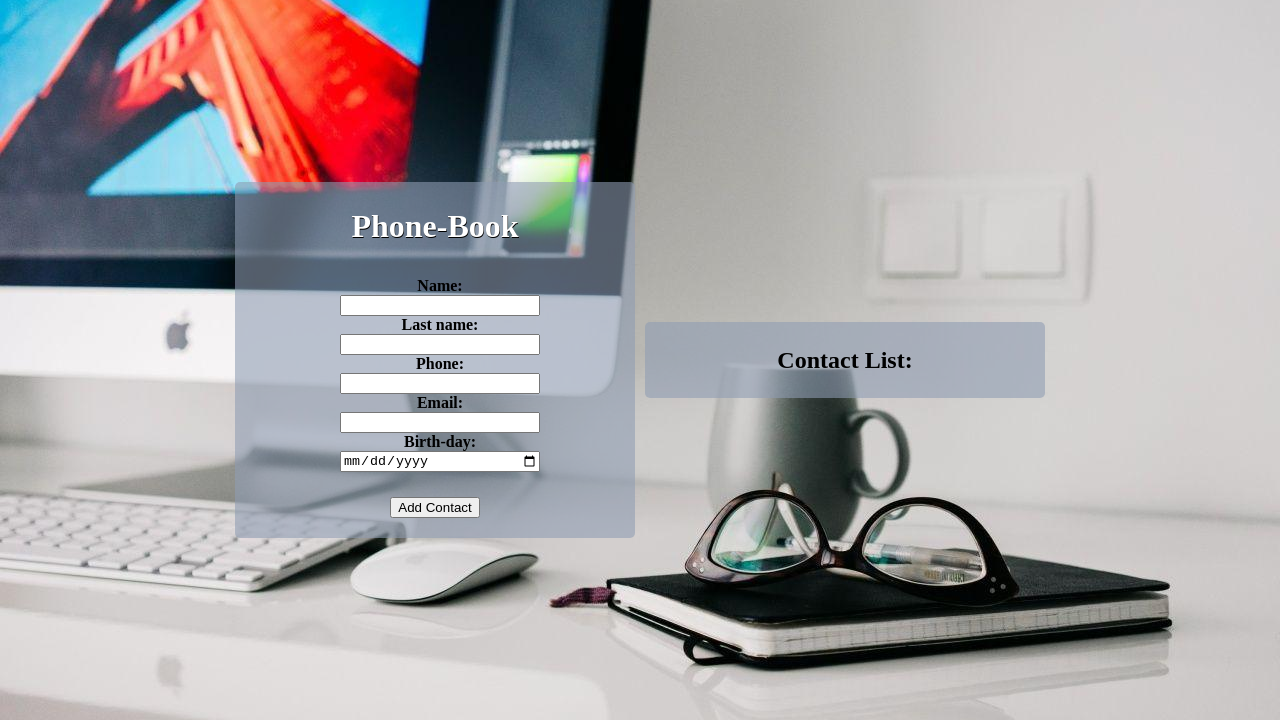
Repository: STA1357/Phone-book
Page: Inner.html
An editor plug-in stored every save of this project. The page is shown before and after the next save, followed by the edit.
The browser window is 1280 px wide. The pictures show the whole page.

Above is the page before, as saved 2020-12-10 11:56:38.

### Inner.html
<!DOCTYPE html>
<html lang="en">
<head>
    <meta charset="UTF-8">
    <meta name="viewport" content="width=device-width, initial-scale=1.0">
    <title>Phone Book</title>
    <link rel="stylesheet" href="./styles.css">
    <script src="./app.js"></script>
</head>
<body>
    <form action="#" method="POST">

        <header>
            <div class="header-title">
                <h1>Phone-Book</h1>
            </div>
        </header>

        <main>
            <div class="container">
                <label for="name">Name:</label>
                <input type="text" id="nameInput">
                <label for="lname">Last name:</label>
                <input type="text" id="lnameInput">
                <label for="tel">Phone:</label>
                <input type="text" id="telInput" class="tellinput">
                <label for="email">Email:</label>
                <input type="email" id="emailInput">
                <label for="birthname">Birth-day:</label>
                <input type="date" id="birthInput">
            </div>

        </main>

        <div class="btn">
        <button type="submit" id="btnAdd">Add Contact</button>
    </div>
    </form>
<div class="list-container">
    <h2 class="listTitle">Contact List:</h2>
    <ul id="users"></ul>
</div>
</body>
</html>

### styles.css
*{
    box-sizing: border-box;

}

body{
    display: flex;
    flex-direction: row;
    align-items: center;
    justify-content: center;
    min-height: 100vh;
    margin: 0;
    background: url("./wp3990421-office-wallpapers.jpg") no-repeat fixed center center;
    background-size: cover;
}

.header-title{
    color: white;
    text-shadow: 0.5px 0.5px black;
}

form{

    background-color: rgba(144, 156, 179, 0.589);
    width: 400px;
    max-width: 100%;
    margin-right: 10px;
    text-align: center;
    border-radius: 5px;

}

main{
    margin-left: 25%;
}

.container{
    text-align: center;
    display: block;
    width: 70%;
}

.list-container{
    background-color: rgba(144, 156, 179, 0.589);
    width: 400px;
    max-width: 100%;
    page-break-after: 30px 40px;
    border-radius: 5px;
}

.list-title{
    color: white;
    text-shadow: 0.5px 0.5px black;
}

h2{
    text-align: center;
}

label{
    font-weight: bold;
}

input{
    width: 100%;
}








.btn{
    padding: 20px 0;
}


.selected{
    background-color: skyblue;
    color: black;
    text-shadow: 0.5px 0.5px grey;
}

.deleteBtn::before{
    color: brown;
    content: "delete";
}

div{
    padding: 5px;
}

li{
    font-weight: bold;
    font-style: italic;
}

### app.js
window.onload = function() {
    const localKey = 'contactsCollection';
    const form = document.querySelector('form');
    const list = document.getElementById('users');
    const userName = document.getElementById('nameInput');
    const userLname = document.getElementById('lnameInput');
    const userTel = document.getElementById('telInput');
    const userEmail = document.getElementById('emailInput');
    const userBirth = document.getElementById('birthInput');

    let contactsList = getContacts();
    let activeContact = null;

    generateContactList();

    function getContacts() {
        const res = localStorage.getItem(localKey);
        return res ? JSON.parse(res) : [];
    }

    function setToStorage(data) {
        localStorage.setItem(localKey, data);
    }

    function updateContactList(newList) {
        const string = JSON.stringify(newList);
        contactsList = newList;
        setToStorage(string);
        generateContactList();
    }

    function recordContact(newContact) {
        updateContactList([...contactsList, newContact])
    }

    function updateContact(newData) {
        contactsList = contactsList.map(contact => contact.id === newData.id ? newData : contact);
        updateContactList(contactsList);
    }

    function deleteContact(removeId) {
        contactsList = contactsList.filter(({ id }) => id !== removeId);
        updateContactList(contactsList);
    }

    function setActiveContact(id) {
        const contact = document.getElementById(`contact-${id}`);
        contact.classList.toggle('active');
    }

    function generateContactList() {
        console.log(contactsList);
        const fragment = document.createDocumentFragment();
        contactsList.forEach((contact) => {
            const { id, name, lastName, phone, mail, birthDay } = contact;
            const container = document.createElement('div');
            container.onclick = () => setActiveContact(id);
            container.id = `contact-${id}`;
            const title = document.createElement('li');
            title.innerText = `${name} ${lastName}`;

            const infoList = document.createElement('b');
            infoList.innerText = phone + ' - ' + mail + ' - ' + birthDay;
            // phonesList.innerText = phones.join(' ');
            container.appendChild(title);
            container.appendChild(infoList);
            fragment.appendChild(container);

            const deleteBtn = document.createElement('button');
            deleteBtn.className = 'deleteBtn'
            fragment.appendChild(deleteBtn);
            deleteBtn.addEventListener('mousedown', function (e) {
                e.preventDefault();
            })

            deleteBtn.addEventListener('click', function (e) {
                console.log(e);
                deleteContact();
            })

            //const btn = document.createElement('button');
            //btn.onclick = () => !deleteContact(removeId);
            //btn.appendChild(container)


            container.addEventListener('mousedown', function (e) {
                e.preventDefault();
            })

            container.addEventListener('click', function (e) {
                console.log(e);


                if (e.target == this) {
                    return false;

                }
                if (!e.ctrlKey) {
                    clearSelected(this.children);
                }
                addSelected(e.target);
            })

            function clearSelected(elems) {
                for (let elem of elems) {
                    elem.classList.remove('selected');
                }
            }

            function addSelected(target) {
                target.classList.add('selected');
            }
        });


        list.innerHTML = '';
        list.appendChild(fragment);


    }

    function getId() {
        return '_' + Math.random().toString(36).substr(2, 9);
    };

    form.onsubmit = (event) => {
        event.preventDefault();
        const contact = {
            id: getId(),
            name: userName.value,
            lastName: userLname.value,
            phone: userTel.value,
            mail: userEmail.value,
            birthDay: userBirth.value
        }
        recordContact(contact);
        console.log(contact);
    }
}

// const form = document.querySelector('form')
// const list = document.getElementById('users')
// const userName = document.getElementById('nameInput')
// const userLname = document.getElementById('lnameInput')
// const userTel = document.getElementById('telInput')
// const userEmail = document.getElementById('emailInput')
// const userBirth = document.getElementById('birthInput')
// const entry = document.createElement('li')


// function addUser() {
//     const list = document.getElementById('users')
//     const userName = document.getElementById('nameInput')
//     const userLname = document.getElementById('lnameInput')
//     const userTel = document.getElementById('telInput')
//     const userEmail = document.getElementById('emailInput')
//     const userBirth = document.getElementById('birthInput')
//     const entry = document.createElement('li')
//     entry.appendChild(document.createTextNode(userName.value + ' ' + userLname.value + ' '
//     + userTel.value + ' ' + userEmail.value + ' ' + userBirth.value))
//     list.appendChild(entry)
//     return false

// }

// let bookContacts = [];

// const addContacts = (ev) => {
//     ev.preventDefault();
//     let contact = {
//         name: document.getElementById('nameInput').value,
//         lname: userLname.value,
//         tel: userTel.value,
//         email: userEmail.value,
//         birthday: userBirth.value
//     }
//     bookContacts.push(contact);
//     document.forms[0].reset();
// }
// document.addEventListener('DomContentLoad', () =>{
//     document.getElementById('btnAdd').addEventListener('click',addContacts)
// })
// console.log(bookContacts);




/*class Person{
    constructor(options){
        this.name = options.name
        this.lname = options.lname
        this.tel = options.tel
        this.email = options.email
        this.birthday = options.birthday
    }
}

class User extends Person{
    static type = "User"
}

const user = new User({
    name: "",
    lname: "",
    tel: "",
    email:"",
    birthday:""
})


localStorage.setItem('userInfo', JSON.stringify(user));




const raw = localStorage.getItem('userInfo')
const userInfo = JSON.parse(raw)
userInfo.name = 'Maxim'

console.log(userInfo);*/

After the next save:
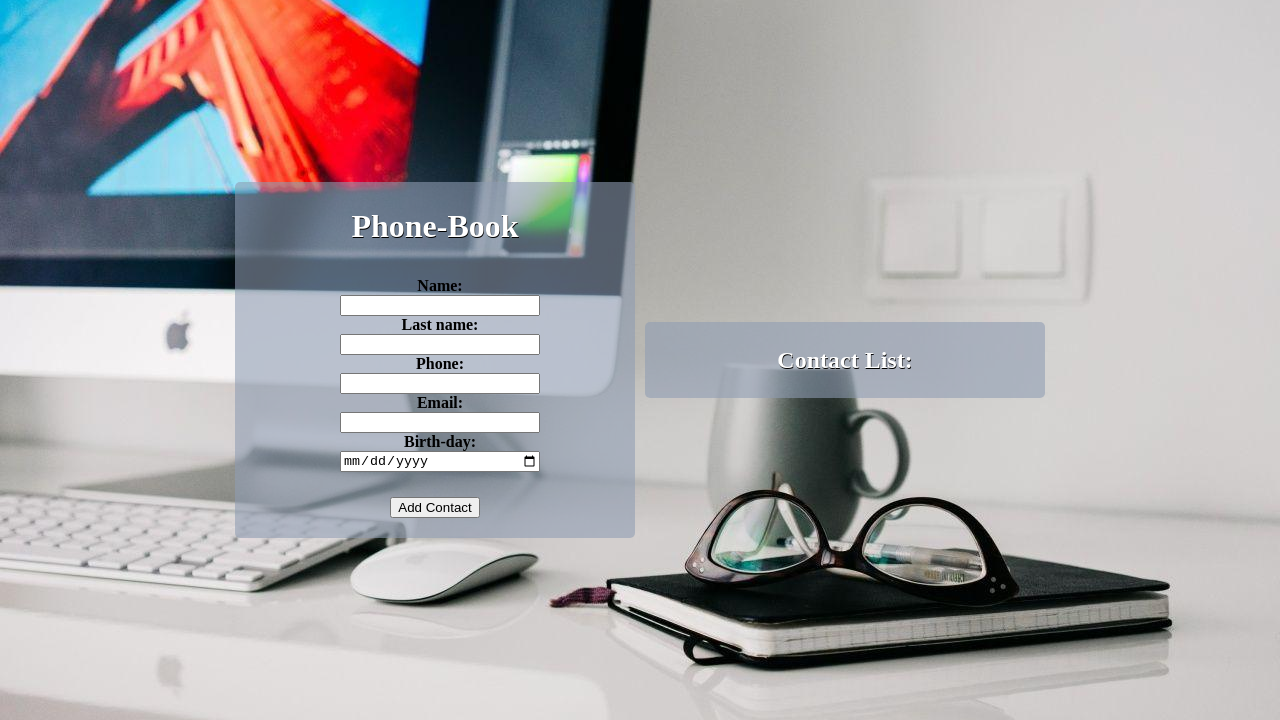
Saved 20 s later.
--- a/styles.css
+++ b/styles.css
@@ -48,7 +48,7 @@ main{
     border-radius: 5px;
 }
 
-.list-title{
+.listTitle{
     color: white;
     text-shadow: 0.5px 0.5px black;
 }
